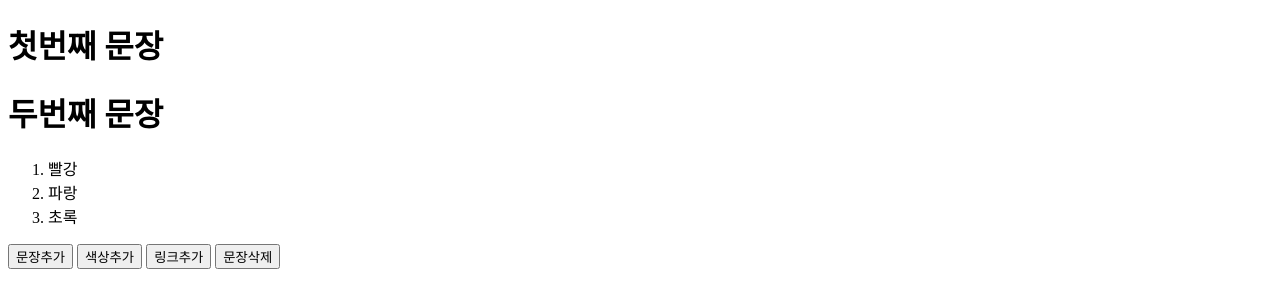
Repository: chopilyeon/JavaWeb
Page: LectureWeb/src/main/webapp/jquery/exam04.html
These files come from the project's save history. The page is drawn as it stood at one moment and after the next save; the edit follows.
The browser window is 1280 px wide. The pictures show the whole page.
After loading, the first visible `#btn04` was clicked once.

Above is the page before, as saved 2022-05-30 08:19:05.
Console error: ReferenceError: ptags is not defined

After the next save:
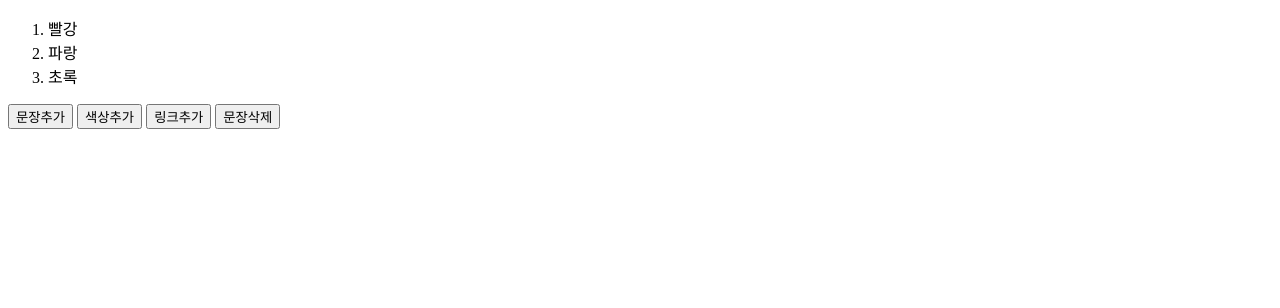
The error is gone.
Saved 104 s later.
--- a/LectureWeb/src/main/webapp/jquery/exam04.html
+++ b/LectureWeb/src/main/webapp/jquery/exam04.html
@@ -41,15 +41,15 @@ $(document).ready(function(){
 
 	//let은 지역변수임 pTags값 인식을 못함. 윈도우 객체에 추가시키자!!
 	$('#btn04').click(function(){
-		let pTags=document.querySelectorAll('h1') // let을 이런식으로 쓰면은 block안에서만 놀 수 있음  let안 붙이면은 윈도우 객체에 들어감.
+		/* let pTags=document.querySelectorAll('h1') // let을 이런식으로 쓰면은 block안에서만 놀 수 있음  let안 붙이면은 윈도우 객체에 들어감.
 		for(let i = 0; i<pTags.length;i++){
 			//pTags[i].remove() //이게 안먹을 수도 있으니
 			ptags[i].parentNode.removeChild(pTags[i]) //부모 태그를 찾아서 그 아이를 찾아내라~!!
 		}
-
+		 */
 		$('div').remove() // 이러면 div를 지워버림 우리는 자식들을 지우고 싶음.
 		$('div').empty() // 이러면 자식만 지워버림.
-
+		$('div>*').remove('h1') // 이렇게 h1 태그만 지울 수도 있음. //div 의 자식중에 h1태그!!!!!
 
 	})
 
